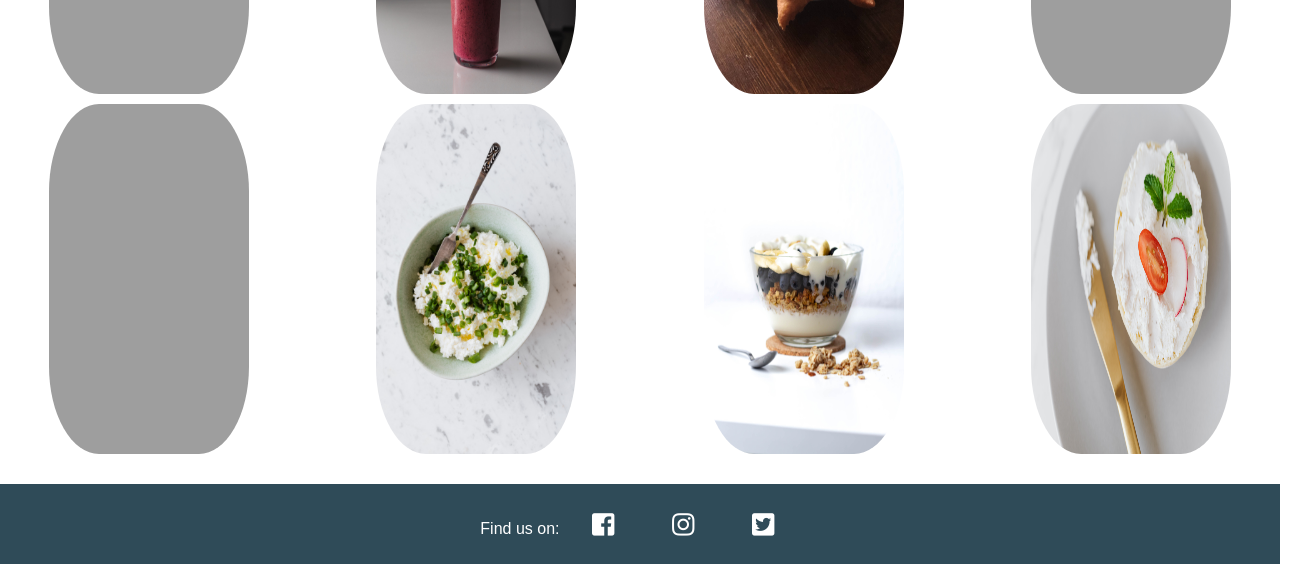
Repository: Code-Institute-Submissions/andna5980-kefir-repo_JuneResub
Page: recipes.html
These files come from the project's save history. The page is drawn as it stood at one moment and after the next save; the edit follows.
The browser window is 1280 px wide. The page is 1295 px wide, so the pictures cover 1295 px, including what lies to the right of the window. The pictures show the part of the page from y = 462 to 1386 px (the page is 1026 px tall before and 1386 px after).
Pictures or frames that could not be fetched are drawn as grey boxes. Some web fonts or font styles are not loaded; a fallback is used. Some web libraries are served in a nearby version.

Above is the page before, as saved 2021-03-05 08:42:12.

After the next save:
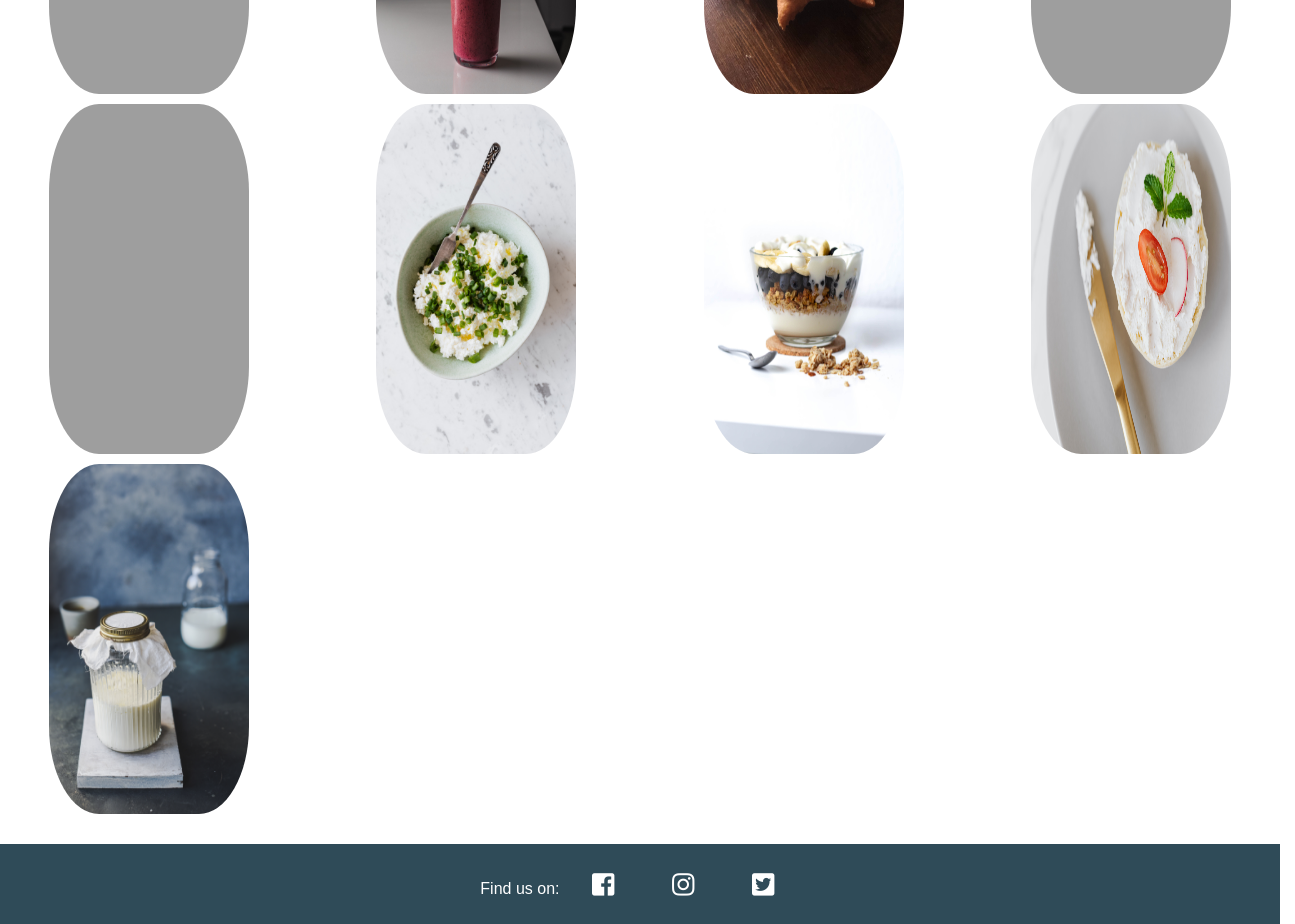
Saved 10 h 5 min later.
--- a/recipes.html
+++ b/recipes.html
@@ -88,6 +88,10 @@
                 <img src="./assets/images/gallery/pexels-karolina-grabowska-4198018.jpg"
                     alt="kefir cheese on toast with radish and mint" height="350" width="200">
             </div>
+            <div class="picture-box col-6 col-sm-4 col-md-3 col-lg-3">
+                <img src="./assets/images/gallery/anshu-a-fIs9p9eTksw-unsplash.jpg"
+                    alt="kefir on crystal jar" height="350" width="200">
+            </div>
         </div>
     </section>
 
